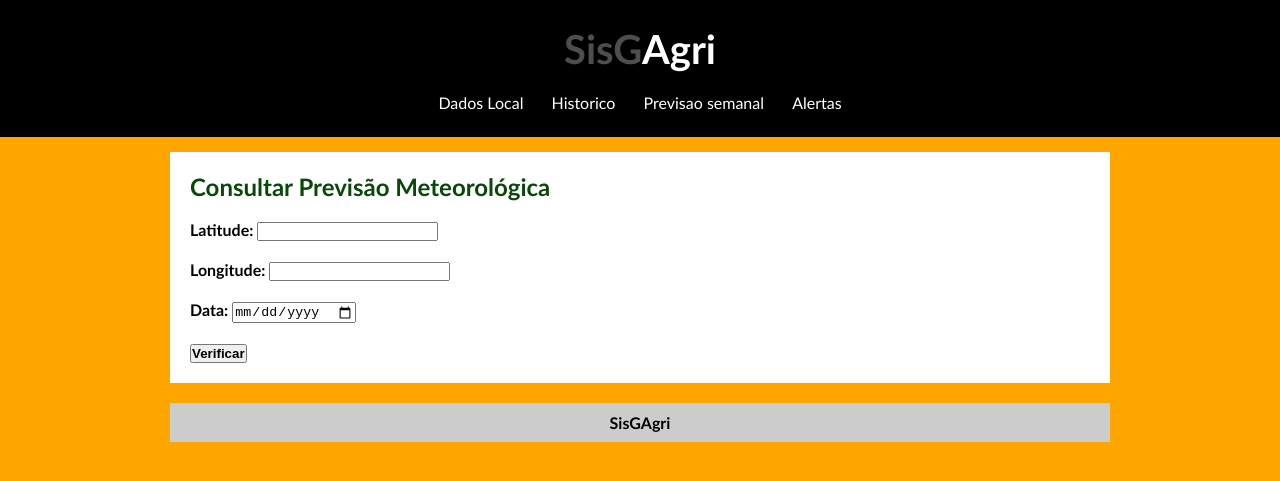
Repository: VladimirVieira/eolica-api
Page: http://localhost/dadosmomentaneo1
The author's editor kept a copy of each file at every save. The page is drawn from the files as they stood at one save, then again after the next save.
The browser window is 1280 px wide. The pictures show the whole page.
The page is this project's Thymeleaf template; nobody is signed in. The template is opened directly, without the code that normally fills it, so the values that code supplies are empty.

Above is the page before, as saved 2025-07-18 15:03:06.

### Área de Trabalho/curso-Java/eolica-api-main/src/main/resources/templates/dadosmomentaneo1.html
<!DOCTYPE html>
<html xmlns:th="http://www.w3.org/1999/xhtml">
<head>
	<title>SisGAgri</title>
	<meta charset="utf-8">
	<link rel="stylesheet" type="text/css" href="../estilo.css">
</head>
<body>

	<div id="area-cabecalho">

		<div id="area-logo">
			<h1>SisG<span class="branco">Agri</span></h1>
		</div>
		<div id="area-menu">
			<a href="/">Dados Local</a>
			<a href="/historico1">Historico</a>
			<a href="/previsaosemana">Previsao semanal</a>
			<a href="/previsaoalerta">Alertas</a>
		</div>

	</div>

	<div id="area-principal">

		<div id="area-postagens">

			<!-- postagem com formulário -->
			<div class="postagem">
				<h2>Consultar Previsão Meteorológica</h2>
				<br>
				<form action="/verificar" method="get">
					<label for="latitude"><strong> Latitude:</strong></label>
					<input type="text" id="latitude" name="latitude" required>
        			<br><br>

        			<label for="longitude"><strong>Longitude:</strong></label>
        			<input type="text" id="longitude" name="longitude" required>
        			<br><br>

					<label for="data"><strong>Data:</strong></label>
        			<input type="date" id="data" name="data" required>
        			<br><br>

        			<button type="submit"><strong>Verificar</strong></button>
				</form>
			</div>
			<!--// fim do formulário -->

		</div>

		<div id="rodape">
			<strong>SisGAgri</strong>
		</div>

	</div>

</body>
</html>

### Área de Trabalho/curso-Java/eolica-api-main/src/main/resources/static/estilo.css
/*Limpar formatações padrão*/
* {
	margin: 0;
	padding: 0;
}

body {
	font-size: 1em;
	font-family: "Trebuchet MS", Helvetica, sans-serif;
	background: orange; /* <-- Alterado para laranja */
}

/*
**** Layout ****
*/
#area-cabecalho {
	background-color: #000000; /* <-- Alterado para preto */
	padding: 15px;
	text-align: center;
}

#area-logo, #area-menu {
	padding: 10px;
}

#area-principal {
	width: 940px;
	margin: 0 auto;
	padding: 15px;
}

#area-postagens {
	width: 940px;
	float: left;
}

.postagem {
	padding: 20px;
	margin-bottom: 20px;
	background: white;
}

#rodape {
	clear: both;
	text-align: center;
	padding: 10px;
	background: #CCC;
}

/*
**** Formatação do menu ****
*/
a {
	text-decoration: none;
}

a:link, a:visited {
	color: #f7b600;
}

a:hover {
	text-decoration: underline;
}

#area-cabecalho a:link, #area-cabecalho a:visited {
	color: #FFF;
	padding: 8px 12px;
}

#area-cabecalho a:hover {
	color: #f7b600;
	background: #FFF;
	text-decoration: none;
}

/*
**** Formatações em geral ****
*/
h1 {
	color: #4e4e4e;
	font-size: 2.5em;
}

h2 {
	color: #084808;
}

h3 {
	color: #565656;
	background: #CCC;
	padding: 5px;
}

.branco {
	color: white;
}

After the next save:
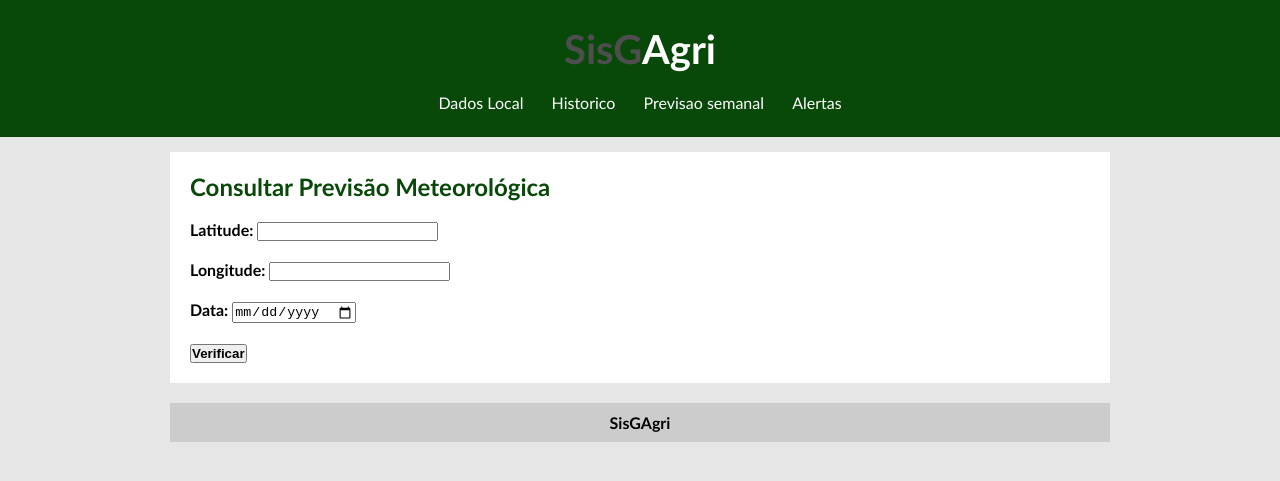
Saved 2 min 8 s later.
--- a/Área de Trabalho/curso-Java/eolica-api-main/src/main/resources/static/estilo.css
+++ b/Área de Trabalho/curso-Java/eolica-api-main/src/main/resources/static/estilo.css
@@ -7,14 +7,14 @@
 body {
 	font-size: 1em;
 	font-family: "Trebuchet MS", Helvetica, sans-serif;
-	background: orange; /* <-- Alterado para laranja */
+	background: #e6e6e6;
 }
 
 /*
 **** Layout ****
 */
 #area-cabecalho {
-	background-color: #000000; /* <-- Alterado para preto */
+	background-color: #084808;
 	padding: 15px;
 	text-align: center;
 }
@@ -34,11 +34,13 @@ body {
 	float: left;
 }
 
-.postagem {
+
+.postagem{
 	padding: 20px;
 	margin-bottom: 20px;
 	background: white;
 }
+
 
 #rodape {
 	clear: both;
@@ -91,6 +93,6 @@ h3 {
 	padding: 5px;
 }
 
-.branco {
+.branco{
 	color: white;
 }
